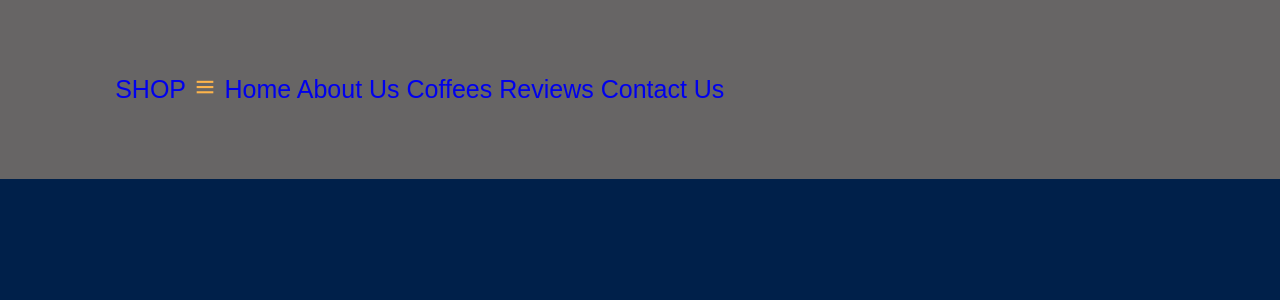
Repository: ntandomagana/Coffee-Shop
Page: index.html
An editor plug-in stored every save of this project. The page is shown before and after a run of saves, followed by the edit.
The browser window is 1280 px wide. The pictures show the whole page.

Above is the page before, as saved 2024-04-10 13:38:55.

### index.html
<!DOCTYPE html>
<html lang="en">
  <head>
    <meta charset="UTF-8" />
    <meta name="viewport" content="width=device-width, initial-scale=1.0" />
    <link rel="stylesheet" href="style.css" />
    <link
      href="https://unpkg.com/boxicons@2.1.4/css/boxicons.min.css"
      rel="stylesheet"/>

    <title>Coffee Shop</title>
  </head>
  <body>
    <header class="header">
        <a href="#home" class="logo"><span>SHOP</span></a>


        <i class='bx bx-menu' id="menu-icon"></i>


        <navbar class="navbar">
          <a href="#home" class="active">Home</a>
          <a href="#about" >About Us</a>
          <a href="#coffees" >Coffees</a>
          <a href="#reviews" >Reviews</a>
          <a href="#contact" >Contact Us</a>
        </navbar>
    </header>
    <script src="script.js"></script>
  </body>
</html>

### style.css
* {
    margin: 0;
    padding: 0;
    box-sizing: border-box;
    text-decoration: none;
    border: none;
    outline: none;
    scroll-behavior: smooth;
    font-family: "Poppins", sans-serif;
}

:root {
    --bg-color:  #00204a;
    --text-color: #005792;
    --main-color: #00bbf0;
    --extra-color: #fdb44b;
}

html {
    font-size: 25px;
    overflow: hidden;
}

body {
    background: var(--bg-color);
    color: var(--extra-color);
}

.header {
    position: fixed;
    top: 0;
    left: 0;
    width: 100%;
    padding: 3rem 9%;
    background: rgb(103, 101, 101);
}

Loaded but not shown: script.js (no stored copy; drawn as an empty file)

After the next 5 saves:
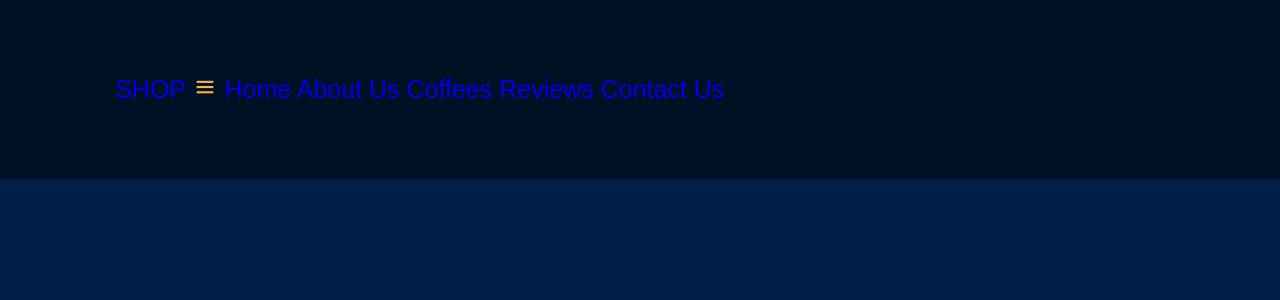
The 5 saves are shown as one change because they came seconds apart.
The last was saved 27 s later.
--- a/style.css
+++ b/style.css
@@ -32,5 +32,5 @@
     left: 0;
     width: 100%;
     padding: 3rem 9%;
-    background: rgb(103, 101, 101);
+    background: rgb(0, 0, 0, 0.5);
 }
